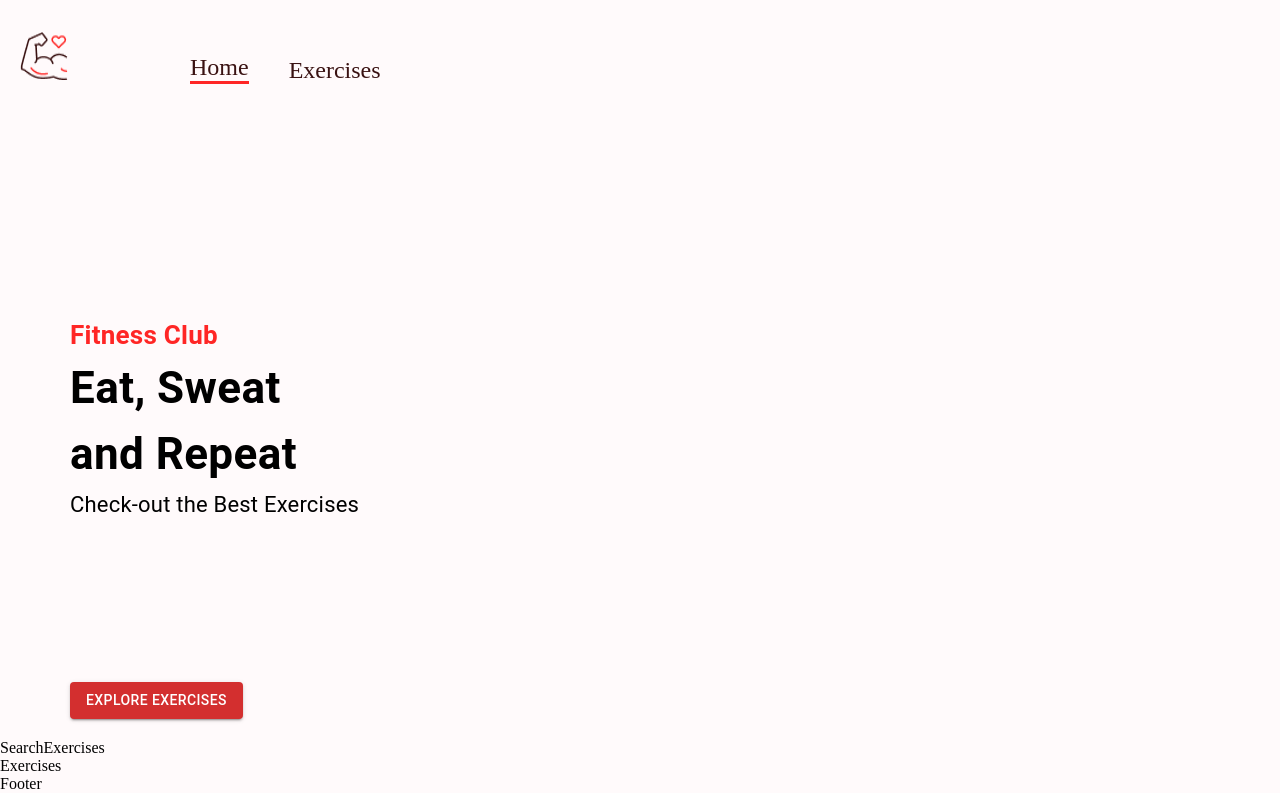
Repository: remydev47/fitness-center
Page: /
The author's editor kept a copy of each file at every save. The page is drawn from the files as they stood at one save, then again after the next save.
The browser window is 1280 px wide. The pictures show the whole page.
The project was rebuilt for these pictures with package versions that can differ from the ones it lists, and the page was loaded fresh each time. Also part of the build but not shown: src/pages/ExerciseDetail.js.

Above is the page before, as saved 2022-07-26 00:23:14.

After the next save:
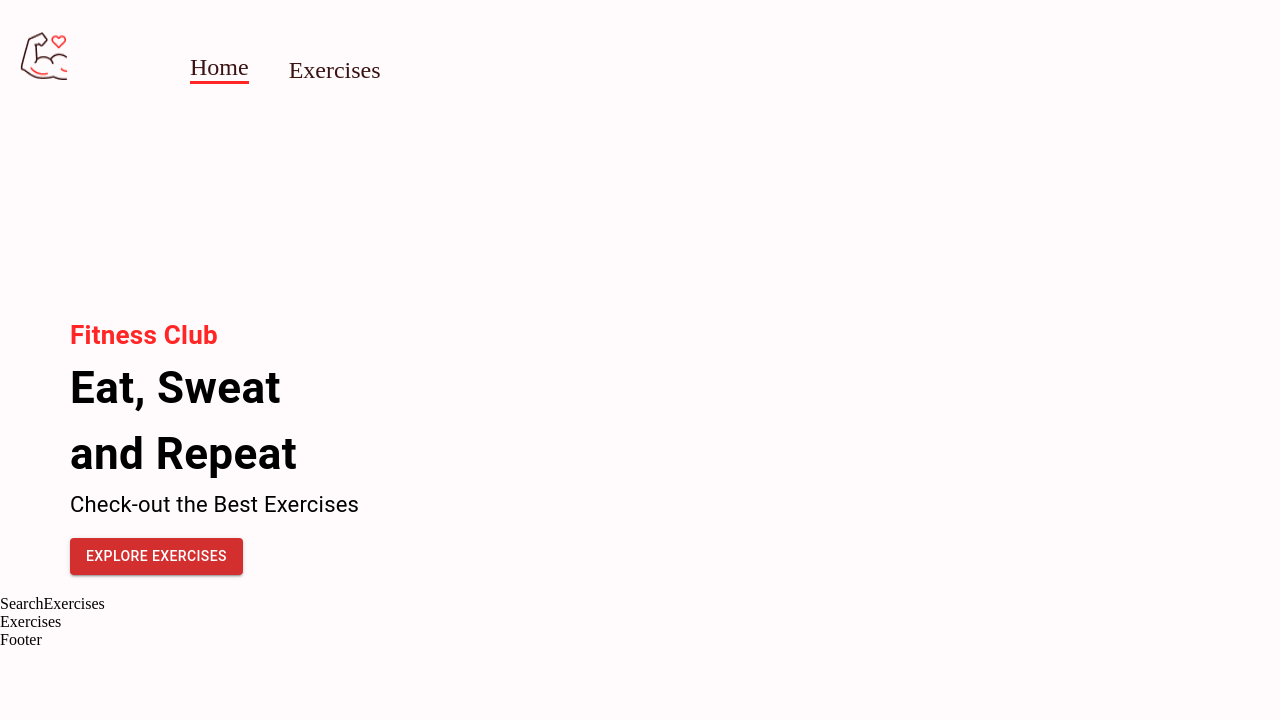
Saved 15 s later.
--- a/src/components/HeaderBanner.js
+++ b/src/components/HeaderBanner.js
@@ -30,7 +30,7 @@ const HeaderBanner = () => {
         <Typography
          fontSize="22px"
          lineHeight="35px"
-         mb={20}
+         mb={2}
         >
             Check-out the Best Exercises
         </Typography>
